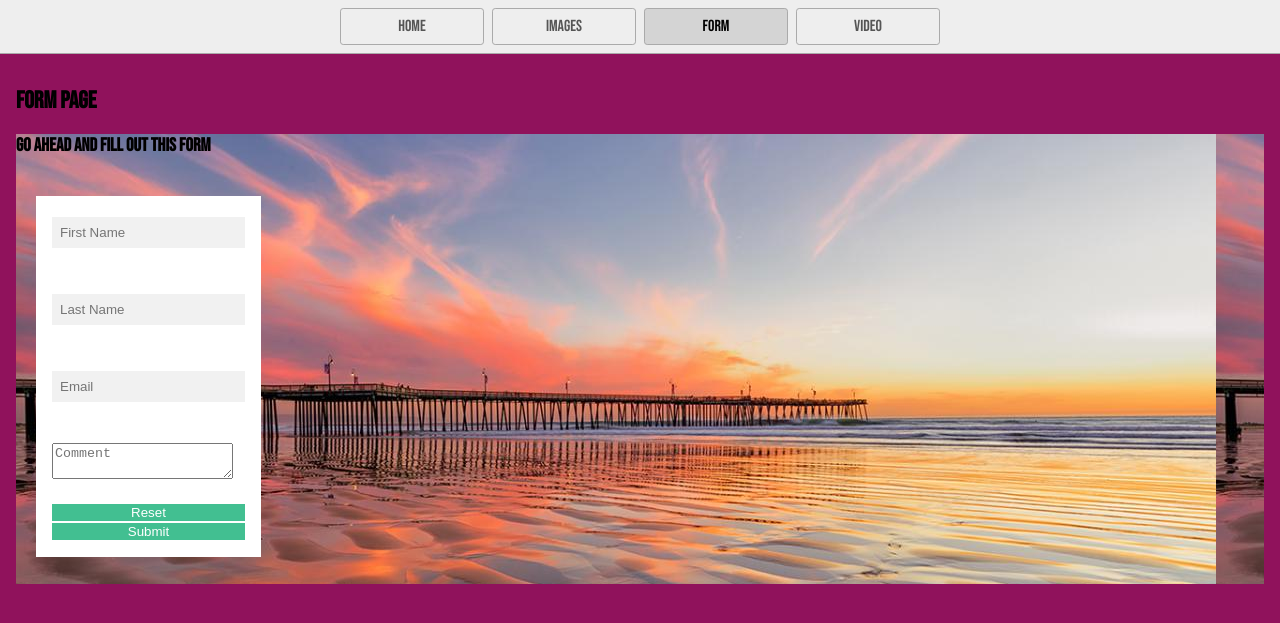
Repository: sebas6292/palmTree-Final
Page: Form.html
An editor plug-in stored every save of this project. The page is shown before and after the next save, followed by the edit.
The browser window is 1280 px wide. The pictures show the whole page.

Above is the page before, as saved 2023-05-28 12:36:57.

After the next save:
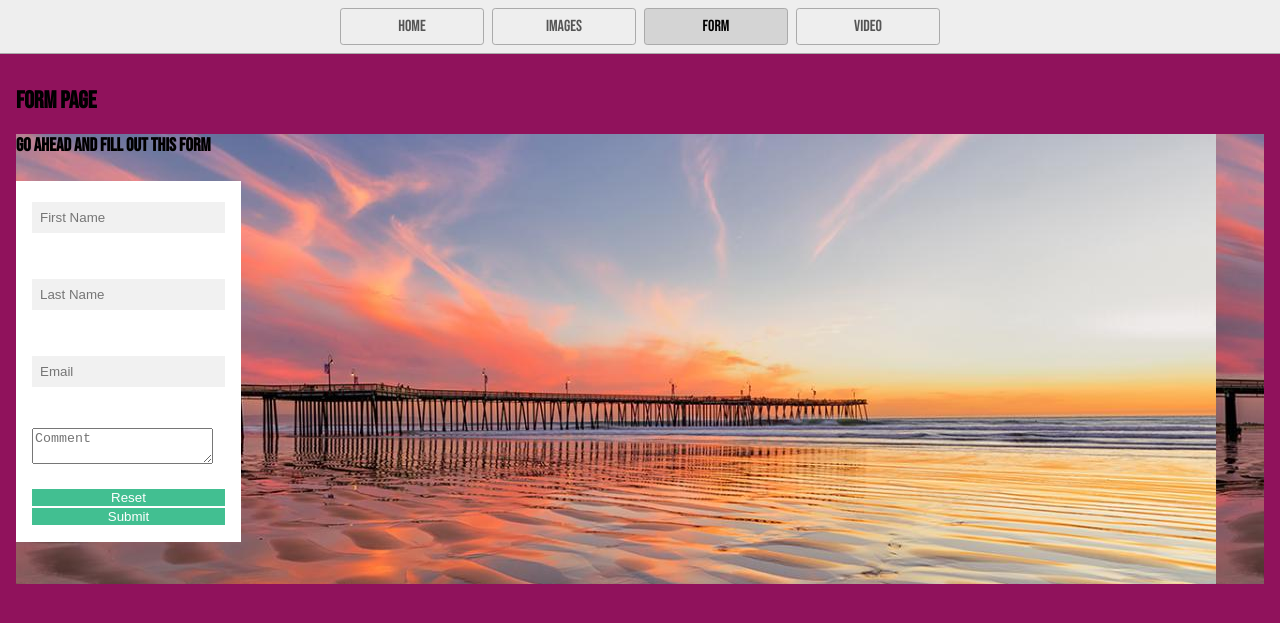
Saved 58 s later.
--- a/styles.css
+++ b/styles.css
@@ -63,7 +63,7 @@
 
   .form-container {
     position: absolute;
-    margin: 20px;
+    margin: 5px 0 0 0;
     max-width: 300px;
     padding: 16px;
     background-color: white;
